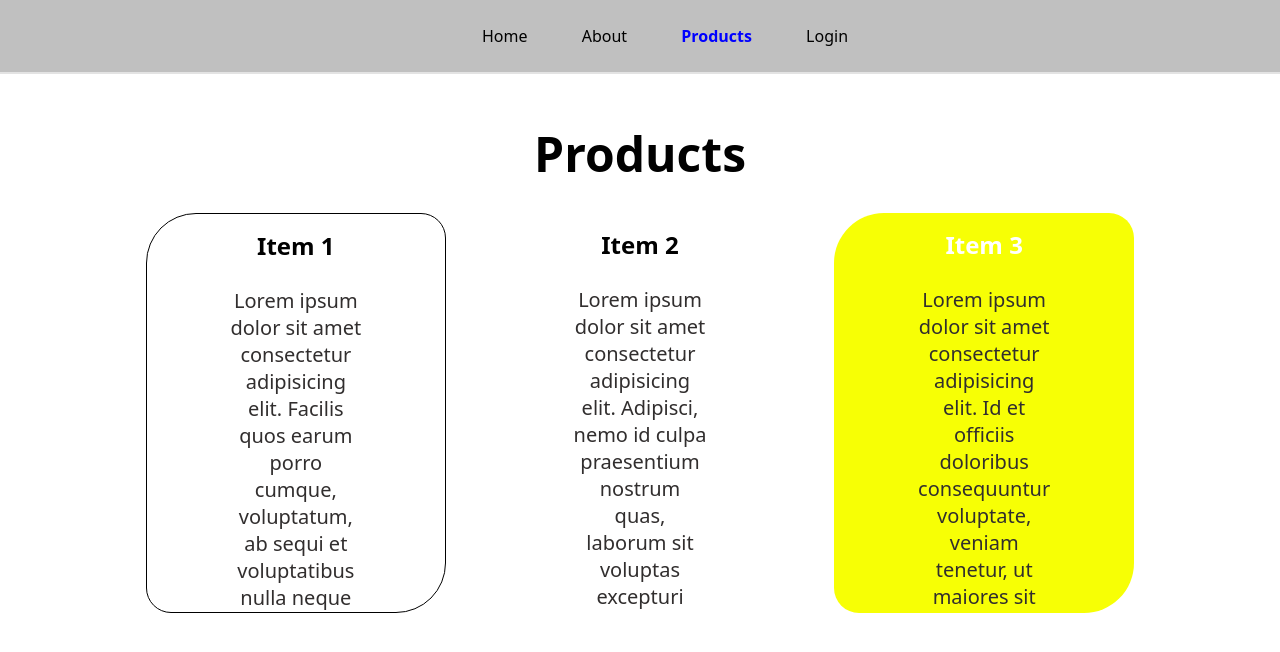
Repository: Yeyolive/WebDev_Collab_2025
Page: Basic_Projects/Basic-Website/products.html
An editor plug-in stored every save of this project. The page is shown before and after the next save, followed by the edit.
The browser window is 1280 px wide. The pictures show the whole page.

Above is the page before, as saved 2025-11-02 23:03:22.

### Basic_Projects/Basic-Website/products.html
<!DOCTYPE html>
<html lang="en">
  <head>
    <meta charset="utf-8" />
    <meta name="viewport" content="width=device-width, initial-scale=1.0" />
    <title>Products</title>
    <link rel="stylesheet" href="styles.css" />
  </head>

  <body>
    <!-- NAVIGATION BAR -->
    <nav>
      <a href="index.html">Home</a>
      <a href="about.html">About</a>
      <a href="products.html" class="active">Products</a>
      <a href="login.html">Login</a>
    </nav>

    <header>
      <h1>Products</h1>
      <div class="products-container">
        <div class="item">
          <h2>Item 1</h2>
          <p>
            Lorem ipsum dolor sit amet consectetur adipisicing elit. Facilis
            quos earum porro cumque, voluptatum, ab sequi et voluptatibus nulla
            neque minima ex! Voluptates at nemo eos dolores itaque optio
            ducimus.
          </p>
        </div>
        <div class="item">
          <h2>Item 2</h2>
          <p>
            Lorem ipsum dolor sit amet consectetur adipisicing elit. Adipisci,
            nemo id culpa praesentium nostrum quas, laborum sit voluptas
            excepturi fugiat labore dolorem ea. Tempore aut minus, ab iste
            facere nobis!
          </p>
        </div>
        <div class="item">
          <h2>Item 3</h2>
          <p>
            Lorem ipsum dolor sit amet consectetur adipisicing elit. Id et
            officiis doloribus consequuntur voluptate, veniam tenetur, ut
            maiores sit assumenda soluta aspernatur odio consectetur ipsum
            laborum pariatur accusamus! Eligendi, maxime!
          </p>
        </div>
      </div>
    </header>
  </body>
</html>

### Basic_Projects/Basic-Website/styles.css
::-webkit-scrollbar {
  display: none;
}

* {
  margin: 0;
  padding: 0;
}

html {
  text-align: center;
  font-family: system-ui, -apple-system, BlinkMacSystemFont, "Segoe UI", Roboto,
    Oxygen, Ubuntu, Cantarell, "Open Sans", "Helvetica Neue", sans-serif;
}

nav {
  position: fixed;
  top: 0;
  width: 100%;
  max-width: 100%;
  padding: 25px;
  border-bottom: 2px solid #e3e3e3;
  background-color: rgb(192, 192, 192);
}

nav a {
  text-decoration: none;
  color: rgb(0, 0, 0);
  margin: 0 25px;
}

nav a:hover {
  color: blue;
  cursor: pointer;
}

nav a.active {
  font-weight: bold;
  color: blue;
}

header {
  padding-top: 125px;
}

header p {
  margin: 25px auto;
  width: 50%;
  font-size: 1.25rem;
  color: rgb(49, 46, 46);
}

h1 {
  font-size: 3rem;
  line-height: 1.2em;
  font-weight: bold;
}

span {
  color: blue;
  font-weight: bold;
}

#cta-button {
  text-decoration: none;
  text-transform: uppercase;
  background: linear-gradient(to right, #0c6fd9, #0310a3);
  color: white;
  padding: 1em 3em;
  border-radius: 30px;
  display: inline-block;
  margin-top: 25px;
  font-weight: bold;
  transition: 150ms ease-in-out;
}

#cta-button:hover {
  background: linear-gradient(to right, #0310a3, #0c6fd9);
  cursor: pointer;
  scale: 1.05;
}

.video-player {
  margin-top: 45px;
  width: 850px;
  max-width: 90%;
  aspect-ratio: 16 / 9;
  border-radius: 25px;
}

.products-container {
  margin-top: 30px;
}

.item {
  box-sizing: border-box;
  width: 300px;
  max-height: 400px;
  overflow-y: scroll;
  display: inline-block;
  margin: 0 20px;
  align-content: center;
  padding: 15px;
  border-radius: 25px;
  border-top-left-radius: 50px;
  border-bottom-right-radius: 50px;
  margin-bottom: 20px;
}

.item > h2 {
  margin-bottom: 15px;
}

.item:first-child {
  border: 1px solid black;
}
.item:nth-child(2),
.item:nth-child(2)p {
  background-color: #7932ff;
  color: white;
}
.item:last-child {
  background-color: rgb(247, 255, 5);
  color: white;
}

After the next save:
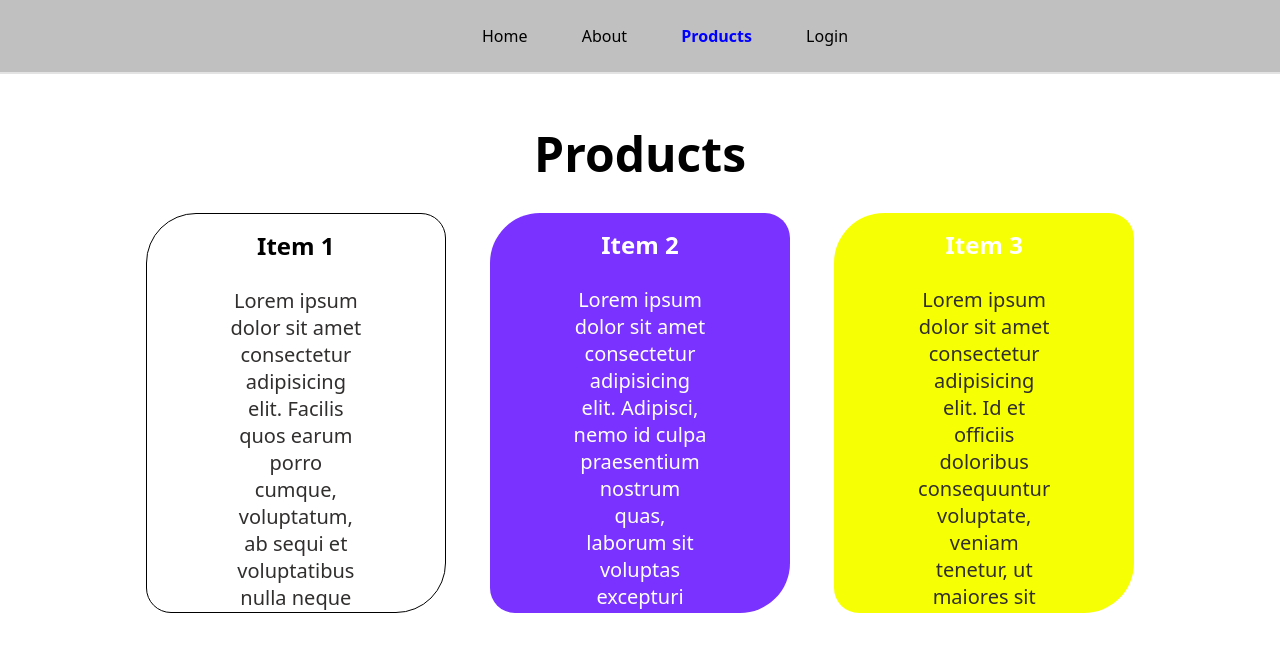
Saved 12 s later.
--- a/Basic_Projects/Basic-Website/styles.css
+++ b/Basic_Projects/Basic-Website/styles.css
@@ -115,7 +115,7 @@ span {
   border: 1px solid black;
 }
 .item:nth-child(2),
-.item:nth-child(2)p {
+.item:nth-child(2) p {
   background-color: #7932ff;
   color: white;
 }
